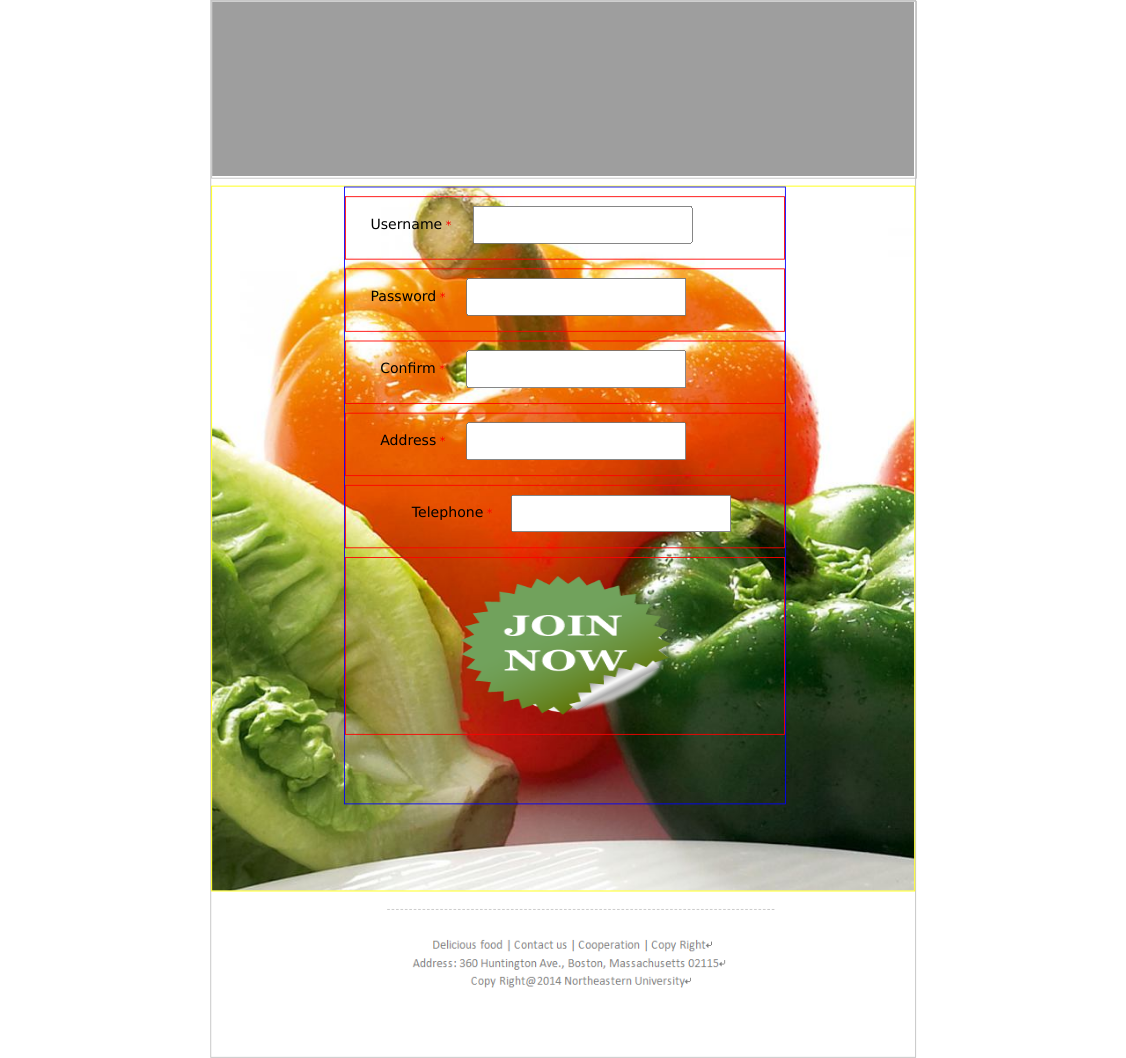
Repository: tanpf5/Gastronomist
Page: http://localhost/Gastronomist/signup.jsp
An editor plug-in stored every save of this project. The page is shown before and after the next save, followed by the edit.
The browser window is 1280 px wide. The pictures show the whole page, at 88% of full size.
The page is served by Tomcat 9.

Above is the page before, as saved 2014-12-02 07:27:56.

After the next save:
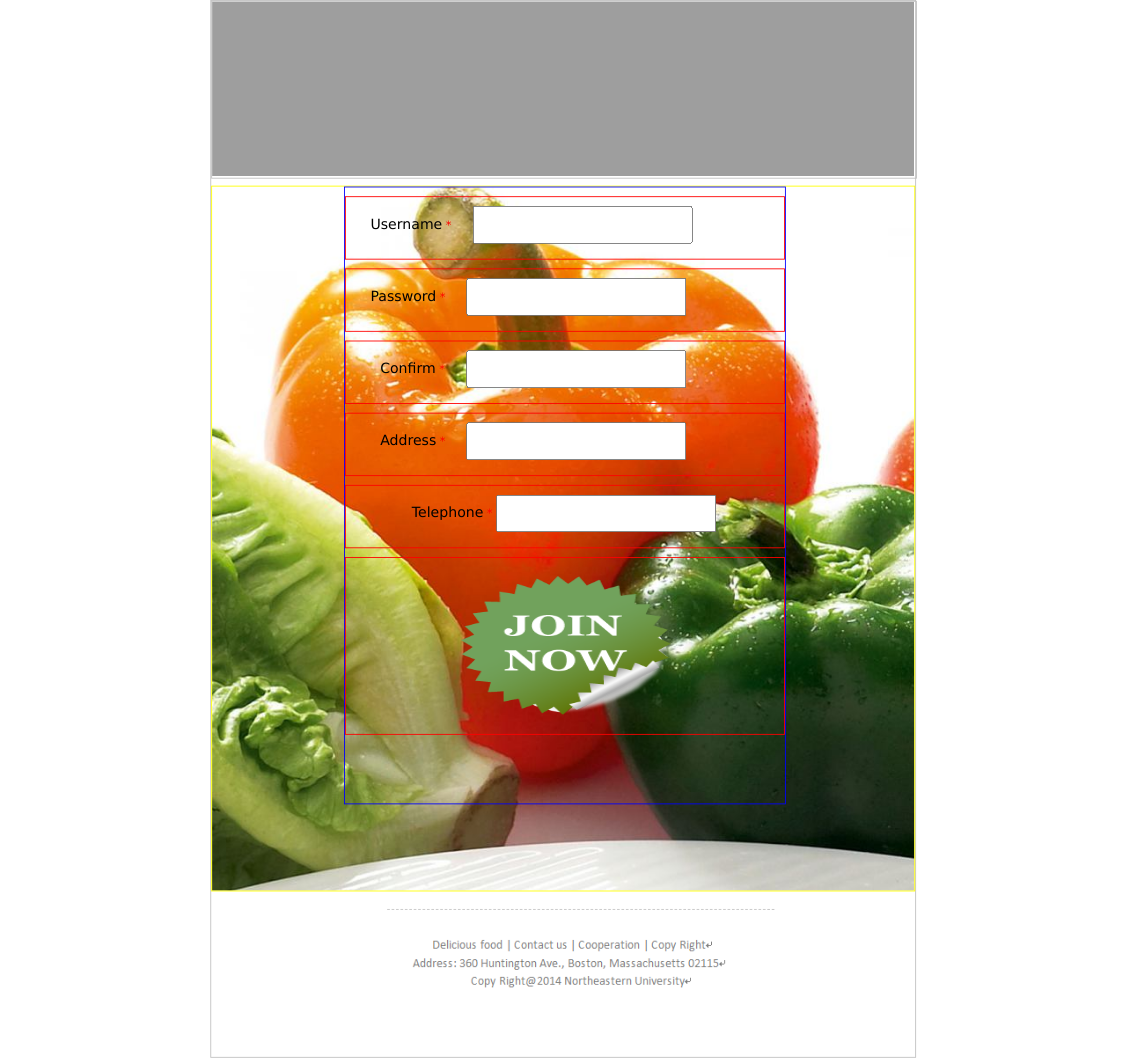
Saved 41 s later.
--- a/Gastronomist/WebRoot/signup.jsp
+++ b/Gastronomist/WebRoot/signup.jsp
@@ -51,7 +51,7 @@
 <div class="Tel"><div class="Tel-helper">
 <font size="3" style="font-family:verdana">Telephone</font>
 <font size="2" style="font-family:verdana;color:red">*</font>
-<input type="text"name="tel"style="width:250px;height:43px;margin-left:17px;">
+<input type="text"name="tel"style="width:250px;height:43px;margin-left:0px;">
 </div></div>
 <div class="register-button"><img src="images/14.png"onclick="submit()"></img></div>
 </div>
